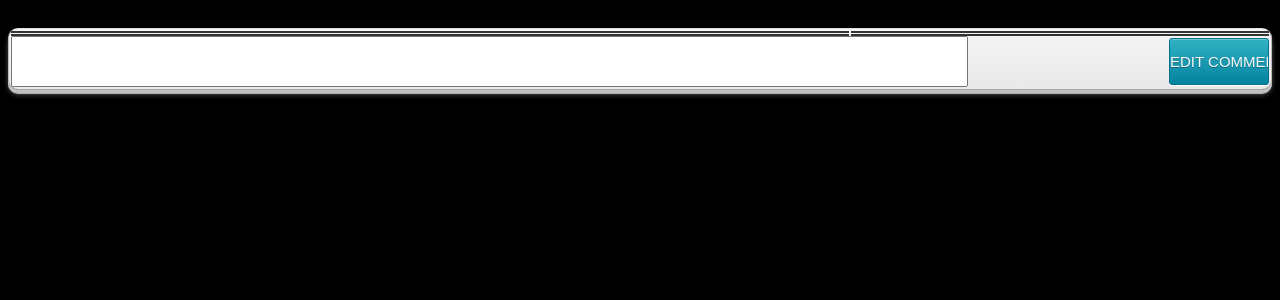
Repository: SuvakovSrdjan/WebForum
Page: http://localhost/Simple-web-forum/EditComment.jsp
An editor plug-in stored every save of this project. The page is shown before and after the next save, followed by the edit.
The browser window is 1280 px wide. The pictures show the whole page.
The page is served by Tomcat 9.

Above is the page before, as saved 2017-09-18 19:36:35.

After the next save:
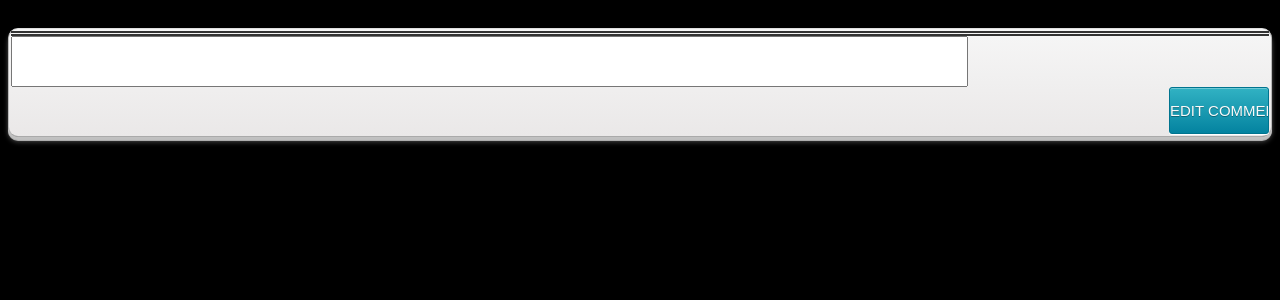
Saved 43 s later.
--- a/Simple-web-forum/WebContent/EditComment.jsp
+++ b/Simple-web-forum/WebContent/EditComment.jsp
@@ -13,8 +13,8 @@
 <form style="padding-top: 20px;" name="msgForm"  method="post" action="InfiniteCommentServlet">
 	<table>
 		<tr>
-			<td colspan = "2"><textarea style="resize: none;" rows="3" cols="117" name="commentText"></textarea></td>
-			<td><input type="submit" name="addComment" value="Edit Comment" id="submit"></td>
+			<td colspan = "2"><textarea style="resize: none;" rows="3" cols="117" name="commentText"></textarea>
+			<input type="submit" name="addComment" value="Edit Comment" id="submit"></td>
 		</tr>
 	</table>
 </form>

After the save that followed:
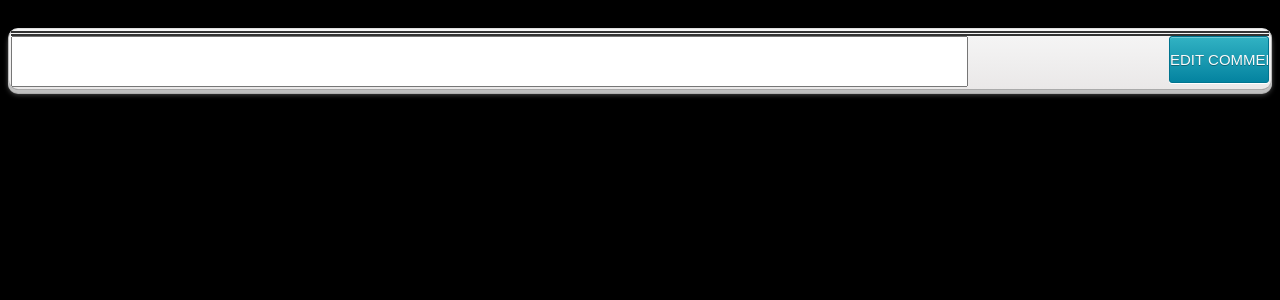
Saved 13 s later.
--- a/Simple-web-forum/WebContent/EditComment.jsp
+++ b/Simple-web-forum/WebContent/EditComment.jsp
@@ -13,8 +13,7 @@
 <form style="padding-top: 20px;" name="msgForm"  method="post" action="InfiniteCommentServlet">
 	<table>
 		<tr>
-			<td colspan = "2"><textarea style="resize: none;" rows="3" cols="117" name="commentText"></textarea>
-			<input type="submit" name="addComment" value="Edit Comment" id="submit"></td>
+			<td colspan = "2"><textarea style="resize: none;" rows="3" cols="117" name="commentText"></textarea><input type="submit" name="addComment" value="Edit Comment" id="submit"></td>
 		</tr>
 	</table>
 </form>
